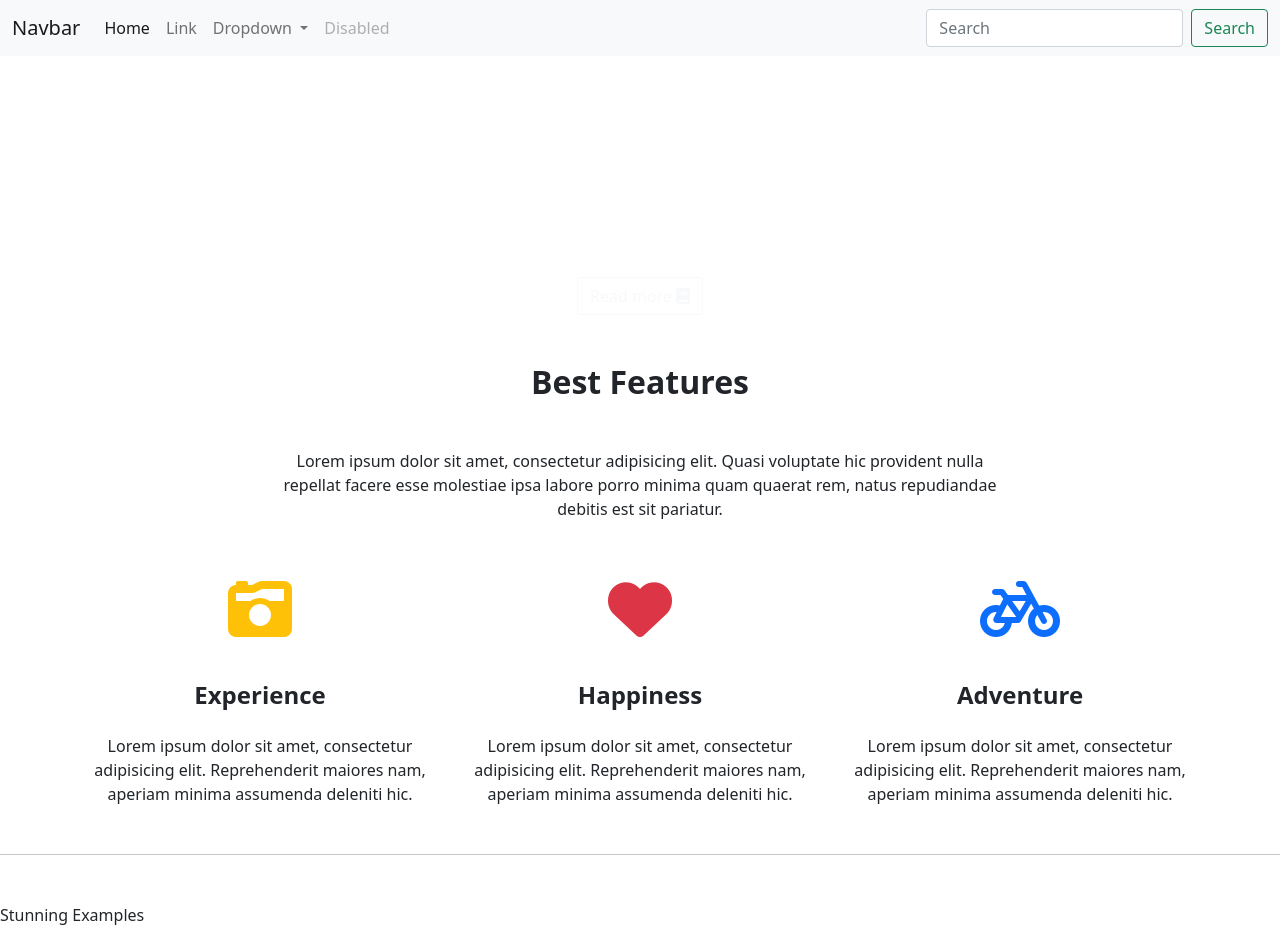
Repository: nptg3105/lab04-landing-page-boostrap5
Page: index.html
These files come from the project's save history. The page is drawn as it stood at one moment and after the next save; the edit follows.
The browser window is 1280 px wide. The pictures show the whole page.

Above is the page before, as saved 2021-12-19 10:33:07.

After the next save:
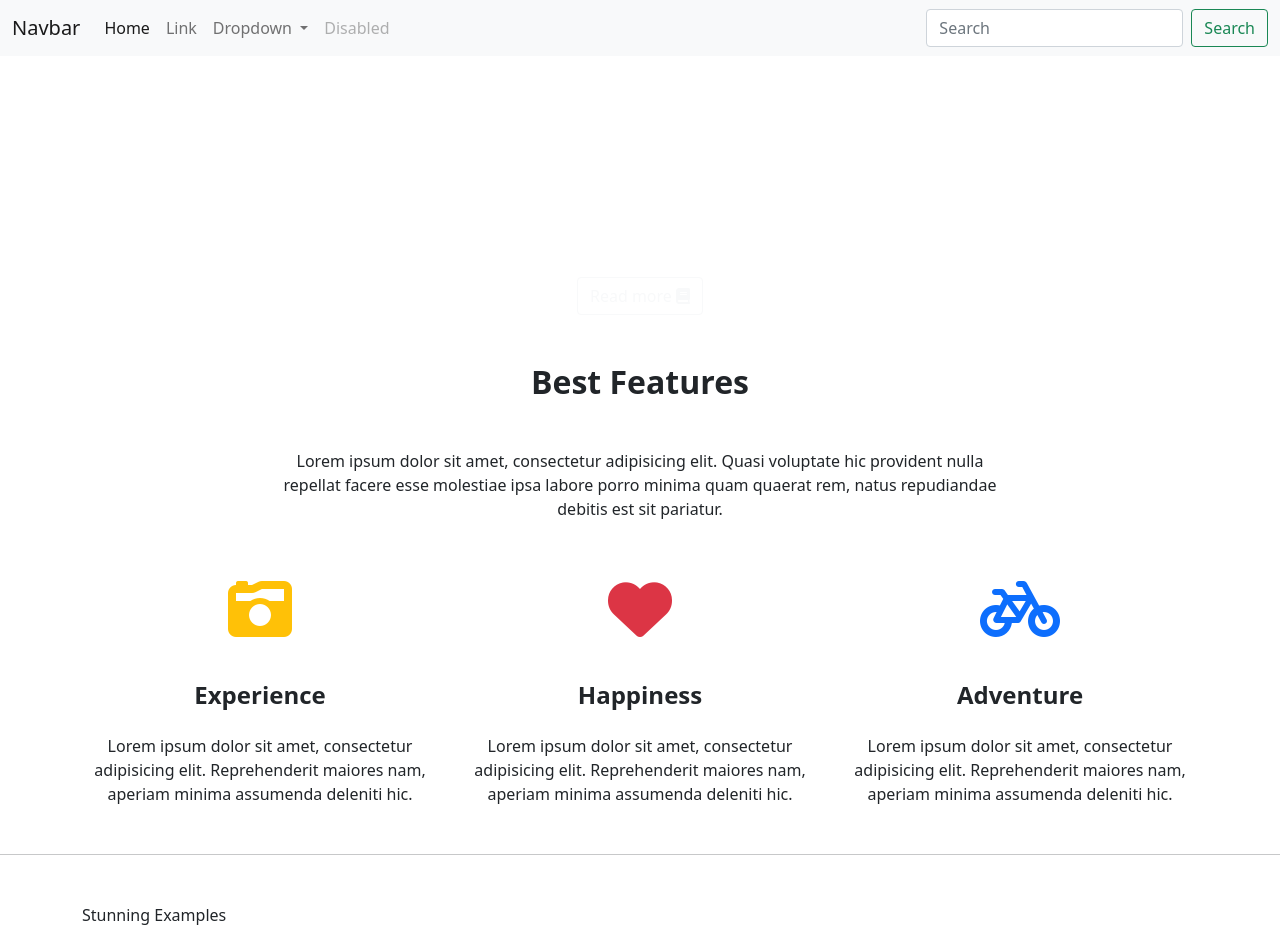
Saved 36 s later.
--- a/index.html
+++ b/index.html
@@ -117,7 +117,10 @@
       </div>
       <hr class="my-5">
       <div class="stunning">
-        <div class="stunning__heading">Stunning Examples</div>
+        <div class="container">
+          <div class="stunning__heading">Stunning Examples</div>
+
+        </div>
       </div>
     </header>
 
